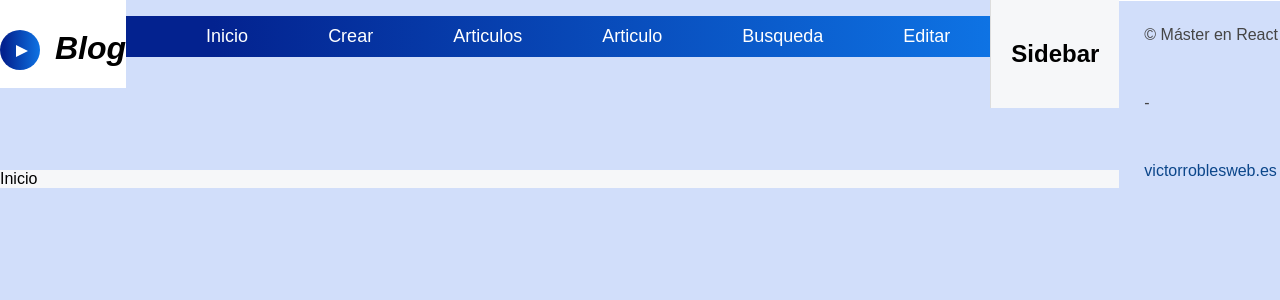
Repository: DamianBermudez94/frondEnd-blog
Page: /
An editor plug-in stored every save of this project. The page is shown before and after the next save, followed by the edit.
The browser window is 1280 px wide. The pictures show the whole page.
The project was rebuilt for these pictures with package versions that can differ from the ones it lists, and the page was loaded fresh each time. Also part of the build but not shown: vite.config.js, src/components/pages/Busqueda.jsx, src/components/pages/Crear.jsx, src/components/pages/Articulos.jsx, src/components/pages/Articulo.jsx.

Above is the page before, as saved 2023-08-07 19:42:12.

### index.html
<!doctype html>
<html lang="es">
  <head>
    <meta charset="UTF-8" />
    <link rel="icon" type="image/svg+xml" href="/vite.svg" />
    <meta name="viewport" content="width=device-width, initial-scale=1.0" />
    <title>Proyecto-blog</title>
  </head>
  <body>
    <div id="root"></div>
    <script type="module" src="/src/main.jsx"></script>
  </body>
</html>

### src/main.jsx

import ReactDOM from 'react-dom/client'
import App from './App.jsx'
import './index.css'

ReactDOM.createRoot(document.getElementById('root')).render(

    <App />

)

### src/App.jsx
import { Rutas } from "./router/rutas"



function App() {


  return (
    <div className="layout">
      <Rutas></Rutas>
    </div>
  )
}

export default App

### src/index.css
/*:root {
  font-family: Inter, system-ui, Avenir, Helvetica, Arial, sans-serif;
  line-height: 1.5;
  font-weight: 400;

  color-scheme: light dark;
  color: rgba(255, 255, 255, 0.87);
  background-color: #242424;

  font-synthesis: none;
  text-rendering: optimizeLegibility;
  -webkit-font-smoothing: antialiased;
  -moz-osx-font-smoothing: grayscale;
  -webkit-text-size-adjust: 100%;
}

a {
  font-weight: 500;
  color: #646cff;
  text-decoration: inherit;
}
a:hover {
  color: #535bf2;
}

body {
  margin: 0;
  display: flex;
  place-items: center;
  min-width: 320px;
  min-height: 100vh;
}

h1 {
  font-size: 3.2em;
  line-height: 1.1;
}

button {
  border-radius: 8px;
  border: 1px solid transparent;
  padding: 0.6em 1.2em;
  font-size: 1em;
  font-weight: 500;
  font-family: inherit;
  background-color: #1a1a1a;
  cursor: pointer;
  transition: border-color 0.25s;
}
button:hover {
  border-color: #000bdb;
}
button:focus,
button:focus-visible {
  outline: 4px auto -webkit-focus-ring-color;
}

@media (prefers-color-scheme: light) {
  :root {
    color: #213547;
    background-color: #ffffff;
  }
  a:hover {
    color: #000dff;
  }
  button {
    background-color: #f9f9f9;
  }
}*/


/*ESTILOS GENERALES*/

body{
  background: #d1defa;
  font-family: sans-serif, Arial, Helvetica;
  text-align: center;
  padding: 0px;
  margin: 0px;
  box-sizing: border-box;
}

.layout{
  width: 100%;
  height: auto;
  display: grid;
  grid-template-areas:
      "header header header header"
      "nav nav nav nav"
      "content content content lateral"
      "footer footer footer footer"
  ;
  grid-template-rows: 100px 70px auto 70px;
}

/*ESTILOS CABECERA*/

.header{
  grid-area: header;

  background: white;
  text-align: left;
  font-style: italic;

  display: flex;
  justify-content: center;
}

.logo{
  background: linear-gradient(90deg, #03228f 10%, #0e73e4 100%);
  width: 40px;
  height: 40px;
  border-radius: 300px;
  margin-top: 30px;
}

.play{
  width: 0;
  height: 0;
  margin-top: 15px;
  margin-left: 16px;
  border-left: 12px solid white;
  border-top: 6px solid transparent;
  border-bottom: 6px solid transparent;
}

.header h1{
  margin-left: 15px;
  margin-top: 30px;
}

/*ESTILOS DE LA BARRA DE NAVEGACIÓN*/

.nav{
  grid-area: nav;
  background: linear-gradient(90deg, #03228f 10%, #0e73e4 100%);
}

.nav > ul {
  display: flex;
  justify-content: center;
  align-items: center;
  list-style: none;
}

.nav li{
  padding: 10px;
}

.nav a {
  display: block;
  margin-left: 30px;
  margin-right: 30px;
  font-size: 18px;
  font-weight: lighter;
  color: white;
  text-decoration: none;
  transition: all 300ms;
}

.nav a:hover{
  transform: scale(1.1, 1.1);
}

/*ESTILOS PARA EL CONTENIDO PRINCIPAL*/

.content{
  grid-area: content;
  background: #f6f7f9;

  display: flex;
  flex-flow: row wrap;
  justify-content: flex-start;
  align-items: flex-start;
  flex-grow: 1;
}

.articulo-item{
  flex-grow: 1;
  background: white;
  border-radius: 10px;
  box-shadow: 0px 0px 6px #ddd;
  margin: 20px;
  padding-top: 60px;
  padding-bottom: 60px;
  padding-left: 25px;
  padding-right: 25px;
}
.articulo-item .edit{
  margin-right: 7px;
}
button,
input[type="submit"],
input[type="button"]{
  width: 100px;
  background: #0b70e1;
  color: white;
  border: 0;
  outline: 0;
  padding:15px;
  border-radius: 3px;
  margin-top:15px;
  text-transform: capitalize;
  font-size: 16px;
  font-weight: 500;
  cursor: pointer;
  transition: all 300ms;
}

.articulo-item .edit:hover{
  background: #e77b00;
}

.articulo-item .delete:hover{
  background: #9b0202;
}

/*ESTILOS BARRA LATERAL*/

.lateral{
  grid-area: lateral;
  background: #f6f7f9;
  border-left: 1px solid #ddd;
  padding: 20px;
}

.lateral > div{
  box-sizing: border-box;
  width: 90%;
  margin: 20px;
  padding: 20px;
  padding-top: 10px;
  background: white;
  border-radius: 10px;
  box-shadow: 0px 0px 6px #ddd;
}

.lateral input[type="text"],
.lateral input[type="text"],
.lateral textarea,
.edit_form input[type="text"],
.edit_form input[type="text"],
.edit_form textarea
{
  display: block;
  margin: 0 auto;
  margin-top: 15px;
  padding: 12px;
  border-radius: 5px;
  background: #f6f7f9;
  color: #454545;
  width: 80%;
  max-width: 250px;
  min-width: 250px;
  min-height: 30px;
  max-height: 250px;
  opacity: 4;
  outline: 0;
  border-color: transparent;
}
.no-encontrado{
  color: #9b0202;
}
.edit_form{
  border-top: 1px solid #ddd;
  margin-top: 10px;
}

/*ESTILOS PARA EL PIE DE PÁGINA*/
.footer{
  grid-area: footer;

  background: #d1defa;
  color: #454545;
  border-top: 1px solid white;
  text-align: left;
  line-height: 68px;
  padding-left: 25px;
}

.footer a{
  color: #0b468a;
  text-decoration: none;
}

@media (max-width: 1085px){
  .content {
      flex-flow: column wrap;
      justify-content: center;
      align-items: center;
  }

  .articulo-item{
      width: 80%;
  }
}

### src/router/rutas.jsx
import React from "react";
import { BrowserRouter, Routes, Route, Navigate } from "react-router-dom";
import { Inicio } from "../components/pages/Inicio";
import { Busqueda } from "../components/pages/Busqueda";
import { Crear } from "../components/pages/Crear";
import Articulos from "../components/pages/Articulos";
import { Articulo } from "../components/pages/Articulo";
import { Header } from "../components/layout/Header";
import { Nav } from "../components/layout/Nav";
import { Footer } from "../components/layout/Footer";
import { Sidebar } from "../components/layout/Sidebar";


export const Rutas = ()=>{

    return(
        <BrowserRouter>
            {/*Layout*/}
            <Header></Header>
            <Nav></Nav>
            {/*Contenido principal y rutas*/}
            <section id="content" className="content">
                <Routes>
                    <Route path="/" element={<Inicio/>}/>
                    <Route path="/inicio" element={<Inicio/>}/>
                    <Route path="/busqueda" element={<Busqueda/>}/>
                    <Route path="/crear" element={<Crear/>}/>
                    <Route path="/articulos" element={<Articulos/>}/>
                    <Route path="/articulo" element={<Articulo/>}/>
                </Routes>
            </section>
            <Sidebar/>
            <Footer></Footer>
        </BrowserRouter>
    )

}

### src/components/layout/Header.jsx
import React from 'react'

export const Header = () => {
  return (
    <div>
         <header className="header">
            <div className="logo">
                <div className="play"></div>
            </div>

            <h1>Blog</h1>
        </header>
    </div>
  )
}

### src/components/layout/Nav.jsx
import React from 'react'
import { NavLink } from 'react-router-dom'

export const Nav = () => {
  return (
    <div>
           <nav className="nav">
            <ul>
                <li><NavLink to="/#">Inicio</NavLink></li>
                <li><NavLink to="/crear">Crear</NavLink></li>
                <li><NavLink to="/articulos">Articulos</NavLink></li>
                <li><NavLink to="/articulo">Articulo</NavLink></li>
                <li><NavLink to="/busqueda">Busqueda</NavLink></li>
                <li><NavLink to="/editar">Editar</NavLink></li>
            </ul>
        </nav>
    </div>
  )
}

### src/components/layout/Footer.jsx
import React from 'react'

export const Footer = () => {
  return (
    <div>
         <footer className="footer">
            &copy; Máster en React - <a href="https://victorroblesweb.es">victorroblesweb.es</a>
        </footer>
    </div>
  )
}

### src/components/layout/Sidebar.jsx
import React from 'react'

export const Sidebar = () => {
  return (
    <div>
           {/*Barra lateral*/}
           <aside className="lateral">

            <h1>Sidebar</h1>

        </aside>
    </div>
  )
}

Loaded but not shown: src/components/pages/Inicio.jsx (common file)

After the next save:
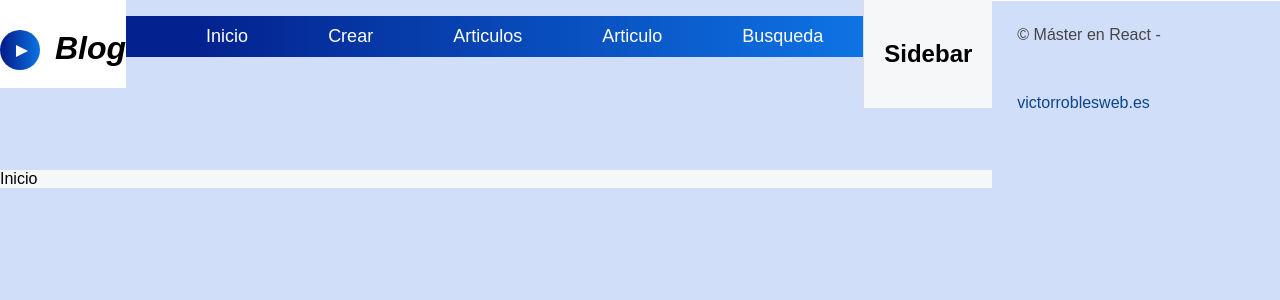
Saved 62 s later.
--- a/src/components/layout/Nav.jsx
+++ b/src/components/layout/Nav.jsx
@@ -11,7 +11,7 @@ export const Nav = () => {
                 <li><NavLink to="/articulos">Articulos</NavLink></li>
                 <li><NavLink to="/articulo">Articulo</NavLink></li>
                 <li><NavLink to="/busqueda">Busqueda</NavLink></li>
-                <li><NavLink to="/editar">Editar</NavLink></li>
+
             </ul>
         </nav>
     </div>
